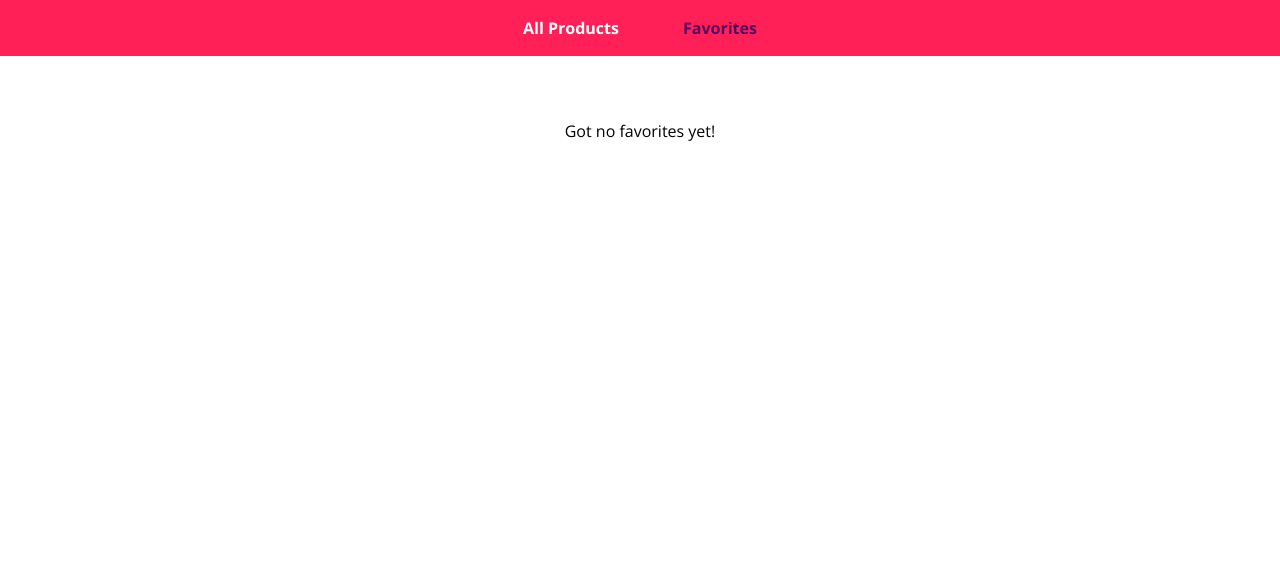
Repository: davinder-kumar/ShopCart-with-Context-React-
Page: /favorites
These files come from the project's save history. The page is drawn as it stood at one moment and after a run of saves; the edit follows.
The browser window is 1280 px wide. The pictures show the whole page.
The project was rebuilt for these pictures with package versions that can differ from the ones it lists, and the page was loaded fresh each time. Also part of the build but not shown: src/components/Products/ProductItem.css, src/components/Products/ProductItem.js, src/containers/Products.js.

Above is the page before, as saved 2020-03-10 21:52:04.

After the next 2 saves:
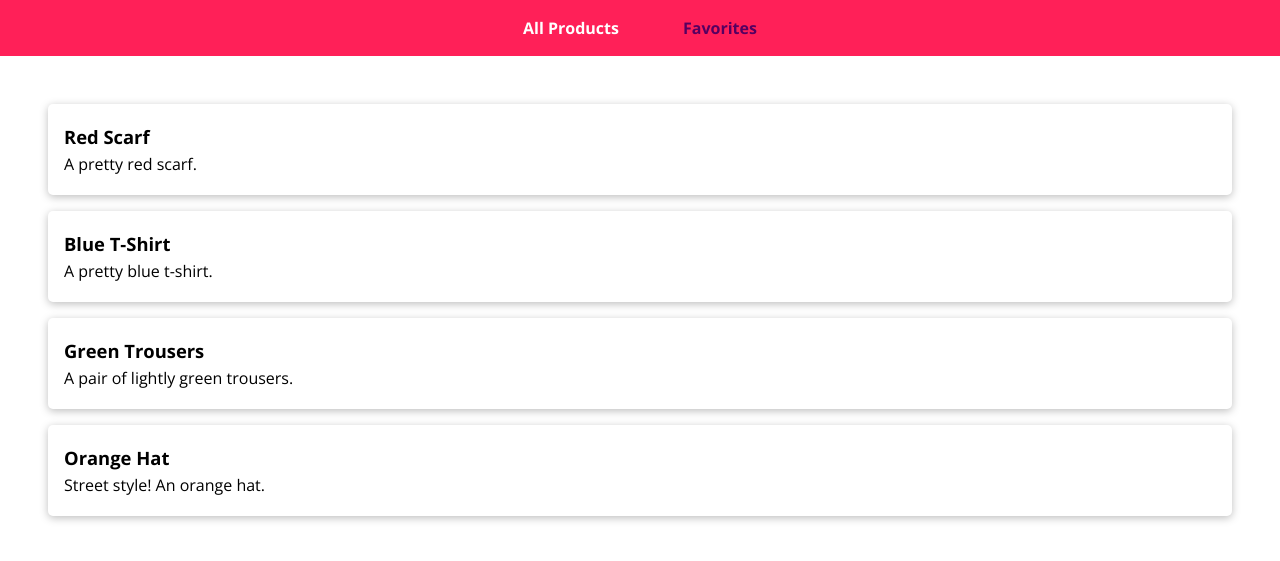
The 2 saves are shown as one change because 1 did not build or start.
The last was saved 17 s later.
--- a/src/containers/Favorites.js
+++ b/src/containers/Favorites.js
@@ -9,10 +9,10 @@ const Favorites = props => {
 
 
   let content = <p className="placeholder">Got no favorites yet!</p>;
-  if (favoriteProducts.length > 0) {
+  if (favoriteProducts.products.length > 0) {
     content = (
       <ul className="products-list">
-        {favoriteProducts.map(prod => (
+        {favoriteProducts.products.map(prod => (
           <FavoriteItem
             key={prod.id}
             id={prod.id}
